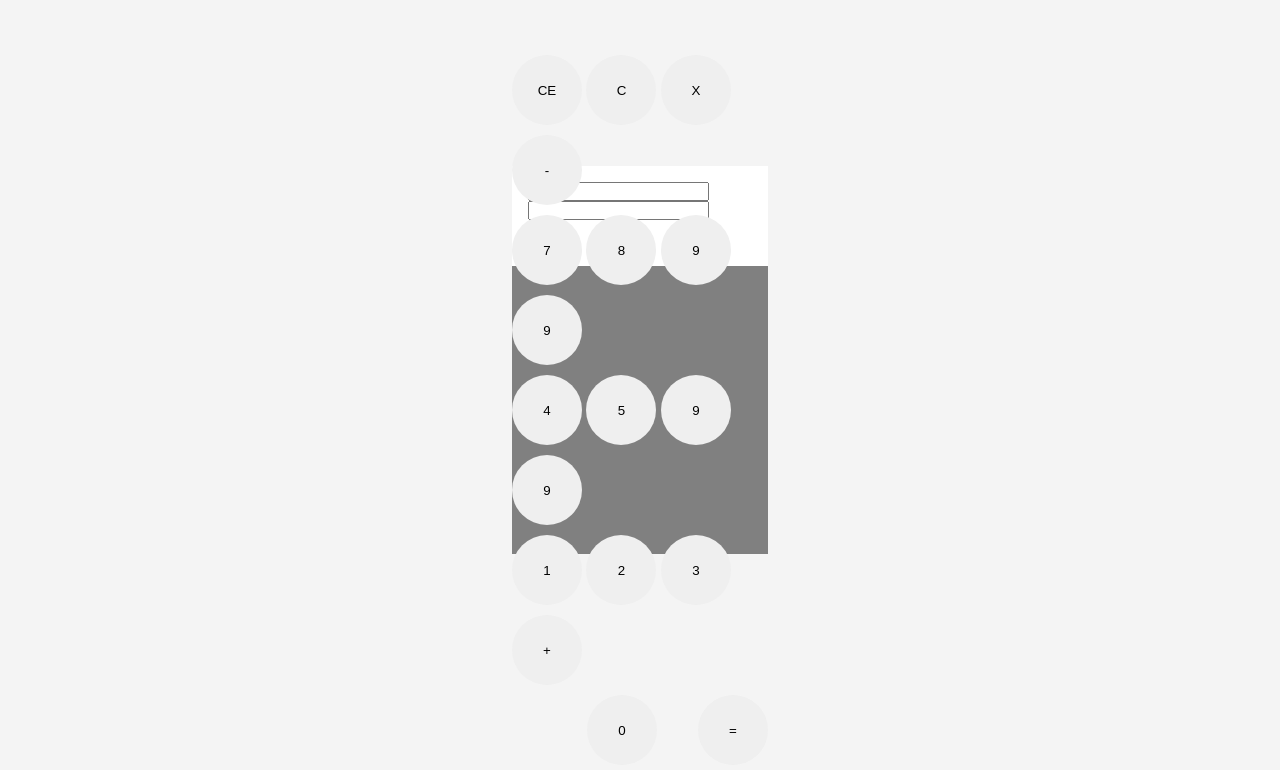
Repository: DNature/calc
Page: index.html
An editor plug-in stored every save of this project. The page is shown before and after the next save, followed by the edit.
The browser window is 1280 px wide. The pictures show the whole page.

Above is the page before, as saved 2019-11-20 23:55:07.

After the next save:
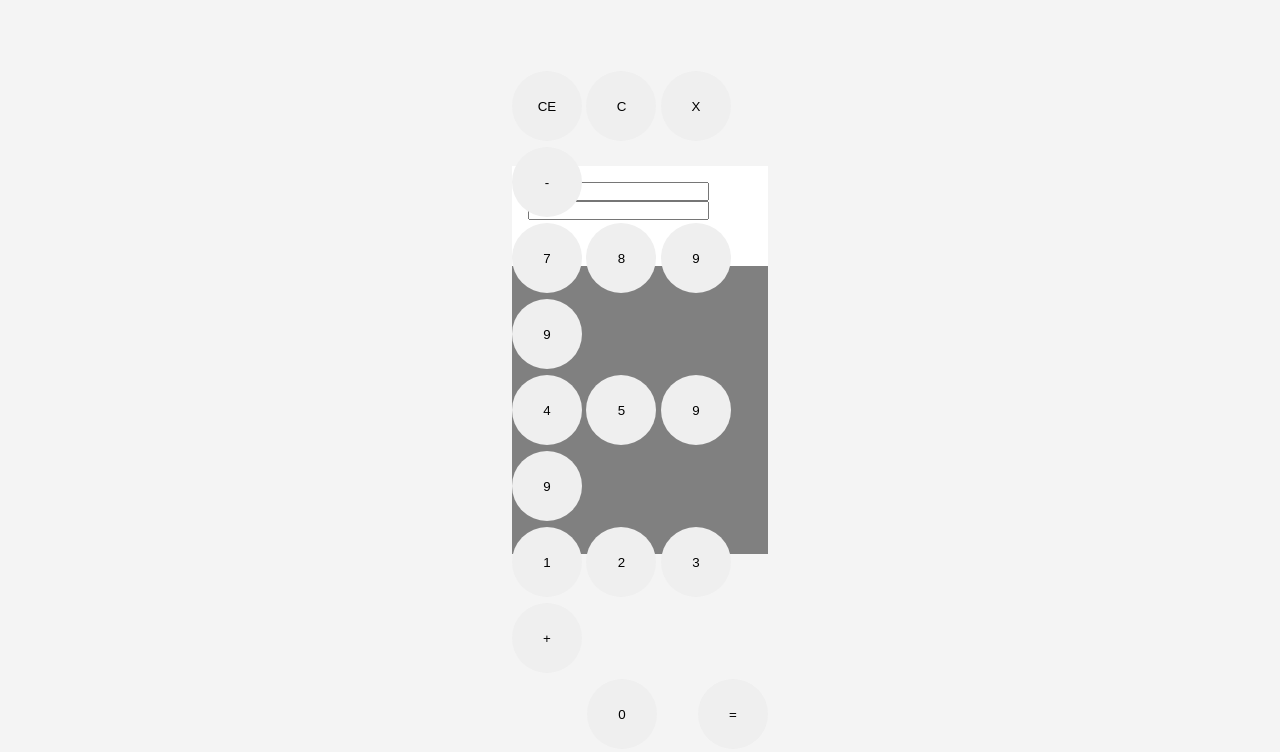
Saved 9 s later.
--- a/css/style.css
+++ b/css/style.css
@@ -41,7 +41,7 @@ body {
   border-radius: 50%;
   border: none;
   outline: none;
-  margin: 5px 0;
+  margin: 3px 0;
 }
 
 .equal {
